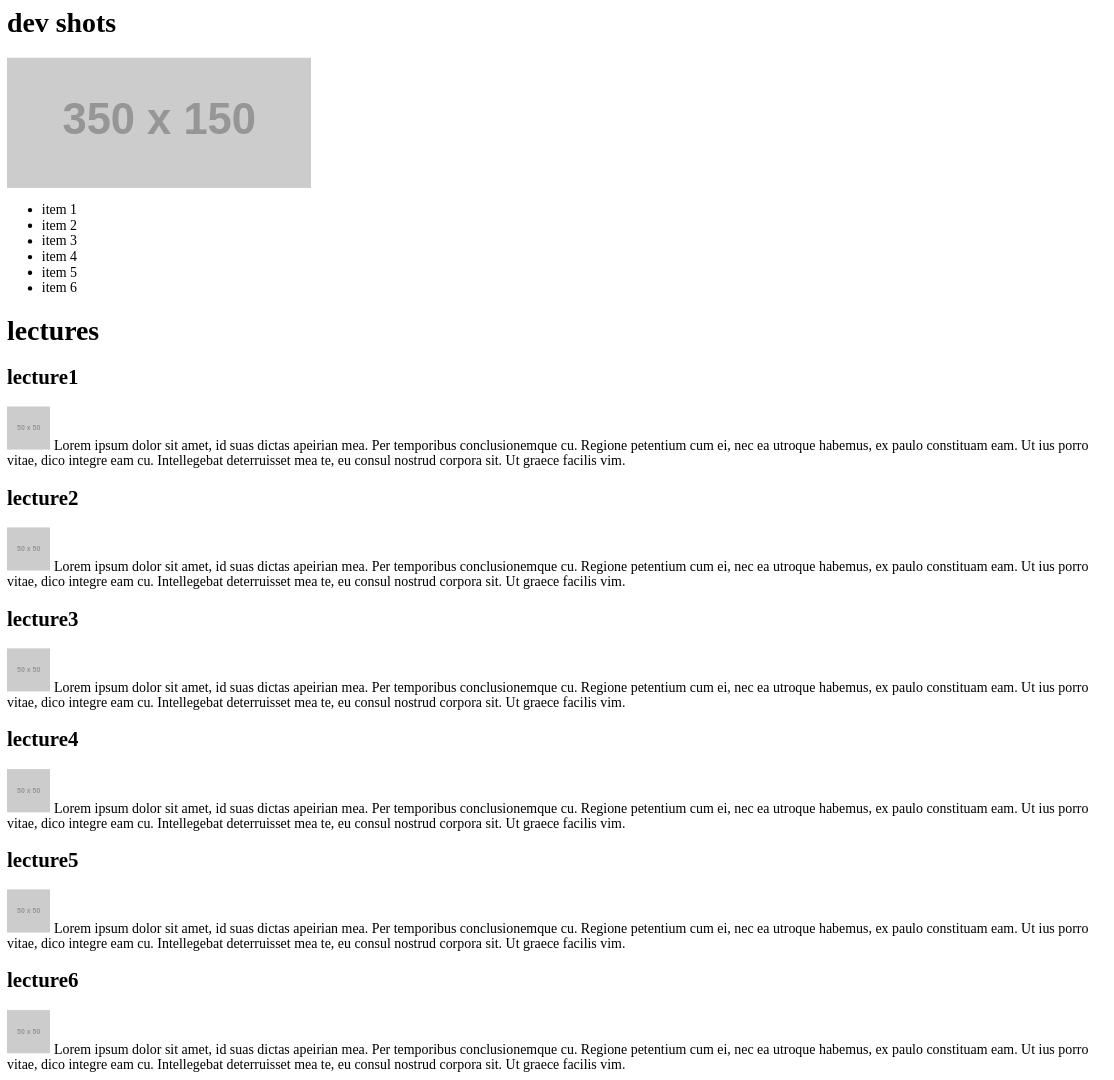
Repository: innaplx/exercises-devshots-html4-part1
Page: index.html
The author's editor kept a copy of each file at every save. The page is drawn from the files as they stood at one save, then again after the next save.
The browser window is 1280 px wide. The pictures show the whole page, at 87% of full size.

Above is the page before, as saved 2018-08-17 18:29:35.

### index.html
<html>
    <head>
        <h1>dev shots</h1>
        <a href="https://placeholder.com"><img src="https://via.placeholder.com/350x150"></a>
        <nav>
            <ul>
                <li><a herf="#" titel="item 1">item 1</a></li>
                <li><a herf="#" titel="item 2">item 2</a></li>
                <li><a herf="#" titel="item 3">item 3</a></li>
                <li><a herf="#" titel="item 4">item 4</a></li>
                <li><a herf="#" titel="item 5">item 5</a></li>
                <li><a herf="#" titel="item 6">item 6</a></li>
            </ul>
        </nav>

    </head>

    <body>
        <h1>lectures</h1>

            <div>
                <h2>lecture1</h2>
                <a href="https://placeholder.com"><img src="https://via.placeholder.com/50x50"></a>
                <text>Lorem ipsum dolor sit amet, id suas dictas apeirian mea. Per temporibus conclusionemque cu. Regione petentium cum ei, nec ea utroque habemus, ex paulo constituam eam. Ut ius porro vitae, dico integre eam cu. Intellegebat deterruisset mea te, eu consul nostrud corpora sit. Ut graece facilis vim.</text>
            </div>
            <div>
                    <h2>lecture2</h2>
                    <a href="https://placeholder.com"><img src="https://via.placeholder.com/50x50"></a>
                    <text>Lorem ipsum dolor sit amet, id suas dictas apeirian mea. Per temporibus conclusionemque cu. Regione petentium cum ei, nec ea utroque habemus, ex paulo constituam eam. Ut ius porro vitae, dico integre eam cu. Intellegebat deterruisset mea te, eu consul nostrud corpora sit. Ut graece facilis vim.</text>
                </div>
                <div>
                        <h2>lecture3</h2>
                        <a href="https://placeholder.com"><img src="https://via.placeholder.com/50x50"></a>
                        <text>Lorem ipsum dolor sit amet, id suas dictas apeirian mea. Per temporibus conclusionemque cu. Regione petentium cum ei, nec ea utroque habemus, ex paulo constituam eam. Ut ius porro vitae, dico integre eam cu. Intellegebat deterruisset mea te, eu consul nostrud corpora sit. Ut graece facilis vim.</text>
                    </div>
                    <div>
                            <h2>lecture4</h2>
                            <a href="https://placeholder.com"><img src="https://via.placeholder.com/50x50"></a>
                            <text>Lorem ipsum dolor sit amet, id suas dictas apeirian mea. Per temporibus conclusionemque cu. Regione petentium cum ei, nec ea utroque habemus, ex paulo constituam eam. Ut ius porro vitae, dico integre eam cu. Intellegebat deterruisset mea te, eu consul nostrud corpora sit. Ut graece facilis vim.</text>
                        </div>
                        <div>
                                <h2>lecture5</h2>
                                <a href="https://placeholder.com"><img src="https://via.placeholder.com/50x50"></a>
                                <text>Lorem ipsum dolor sit amet, id suas dictas apeirian mea. Per temporibus conclusionemque cu. Regione petentium cum ei, nec ea utroque habemus, ex paulo constituam eam. Ut ius porro vitae, dico integre eam cu. Intellegebat deterruisset mea te, eu consul nostrud corpora sit. Ut graece facilis vim.</text>
                            </div>
                            <div>
                                    <h2>lecture6</h2>
                                    <a href="https://placeholder.com"><img src="https://via.placeholder.com/50x50"></a>
                                    <text>Lorem ipsum dolor sit amet, id suas dictas apeirian mea. Per temporibus conclusionemque cu. Regione petentium cum ei, nec ea utroque habemus, ex paulo constituam eam. Ut ius porro vitae, dico integre eam cu. Intellegebat deterruisset mea te, eu consul nostrud corpora sit. Ut graece facilis vim.</text>
                                </div>



    </body>
























</html>

After the next save:
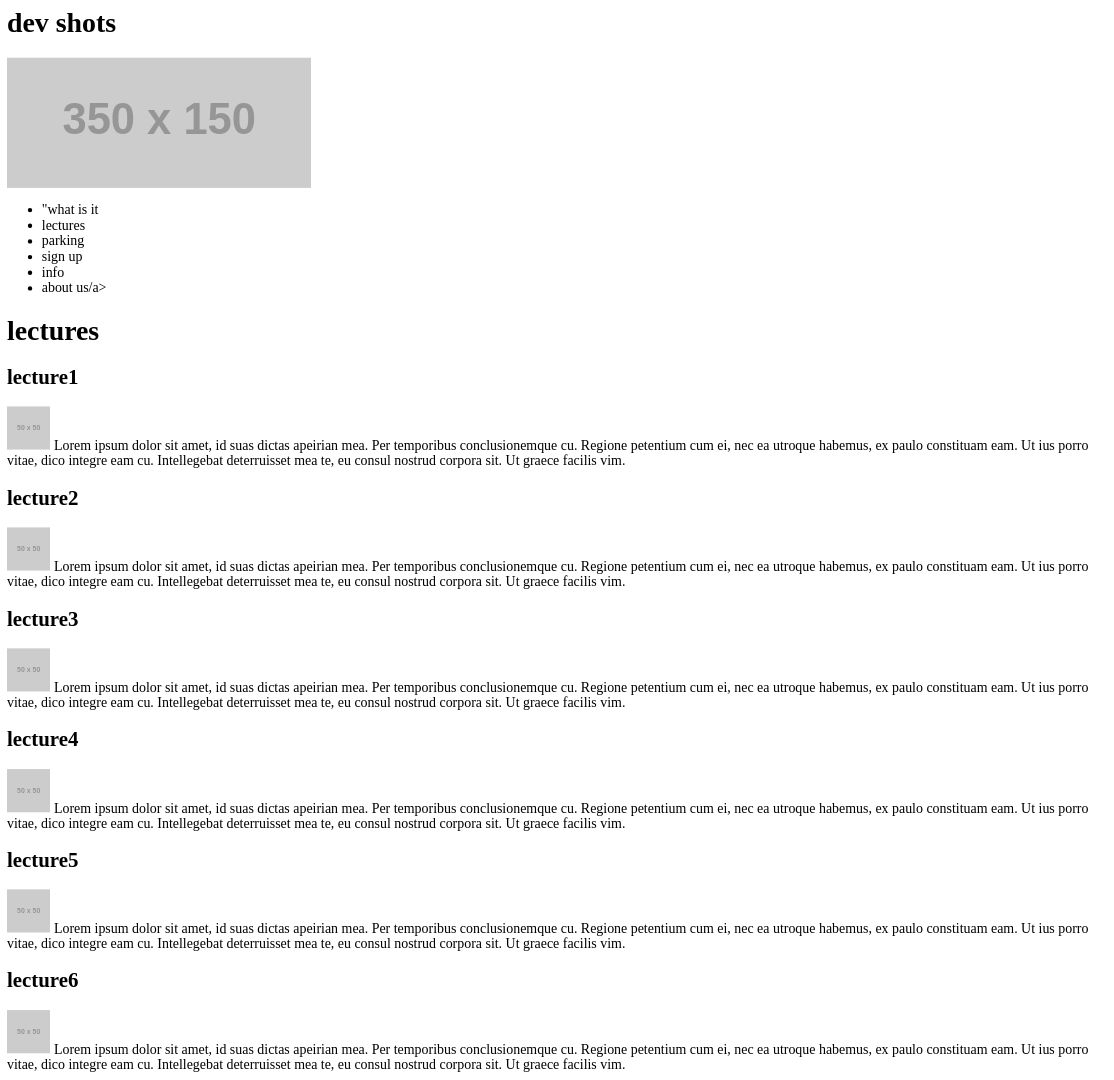
Saved 75 min 55 s later.
--- a/index.html
+++ b/index.html
@@ -4,12 +4,12 @@
         <a href="https://placeholder.com"><img src="https://via.placeholder.com/350x150"></a>
         <nav>
             <ul>
-                <li><a herf="#" titel="item 1">item 1</a></li>
-                <li><a herf="#" titel="item 2">item 2</a></li>
-                <li><a herf="#" titel="item 3">item 3</a></li>
-                <li><a herf="#" titel="item 4">item 4</a></li>
-                <li><a herf="#" titel="item 5">item 5</a></li>
-                <li><a herf="#" titel="item 6">item 6</a></li>
+                <li><a herf="#" titel="what is it">"what is it</a></li>
+                <li><a herf="#" titel="lectures">lectures</a></li>
+                <li><a herf="#" titel="parking">parking</a></li>
+                <li><a herf="#" titel="sign up">sign up</a></li>
+                <li><a herf="#" titel="info">info</a></li>
+                <li><a herf="#" titel="about us">about us/a></li>
             </ul>
         </nav>
 
